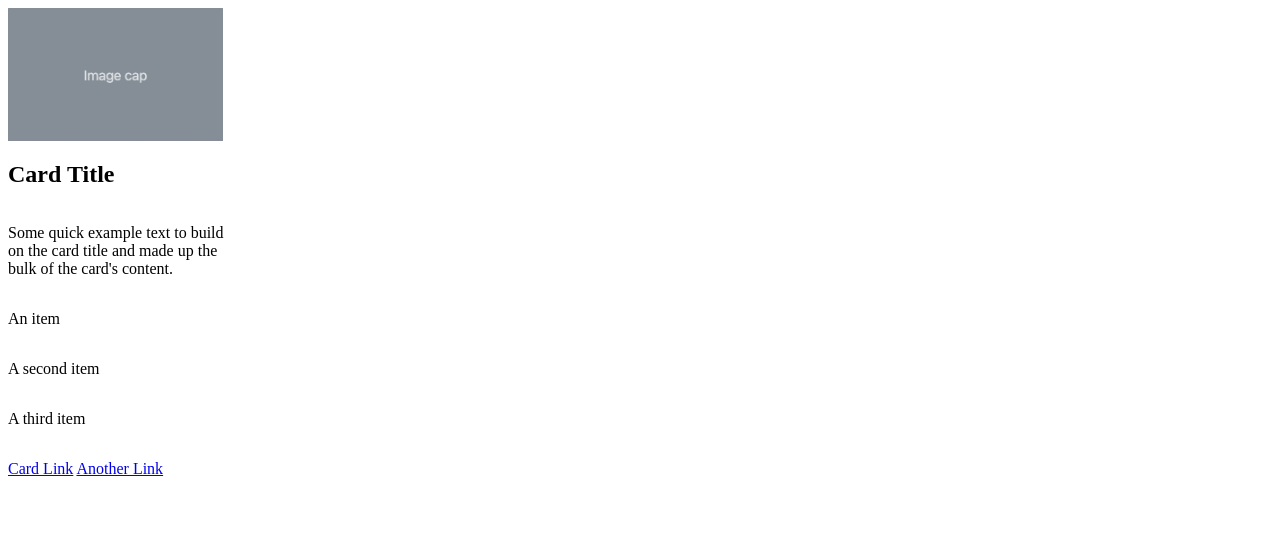
Repository: tr2cky/nav
Page: card.html
The author's editor kept a copy of each file at every save. The page is drawn from the files as they stood at one save, then again after the next save.
The browser window is 1280 px wide. The pictures show the whole page.

Above is the page before, as saved 2022-09-27 16:02:01.

### card.html
<!DOCTYPE html>
<html lang="en">

<head>
    <meta charset="UTF-8">
    <meta http-equiv="X-UA-Compatible" content="IE=edge">
    <meta name="viewport" content="width=device-width, initial-scale=1.0">
    <title>Document</title>
    <link rel="stylesheet" href="style.css">
</head>

<body>
    <article class="container">
        <img src="imagecap.png" width="215" alt="Image Cap">
        <h2>Card Title</h2>
        <p>Some quick example text to build <br>
            on the card title and made up the <br>
            bulk of the card's content.</p>
        <p>An item</p>
        <p>A second item</p>
        <p>A third item</p>
        <p><a href="https://google.com">Card Link</a> <a href="https://twitter.com">Another Link</a></p>
    </article>
</body>

</html>

### style.css
.container {
    display: flex;
    flex-direction: column;
    border: 3px;
}

After the next save:
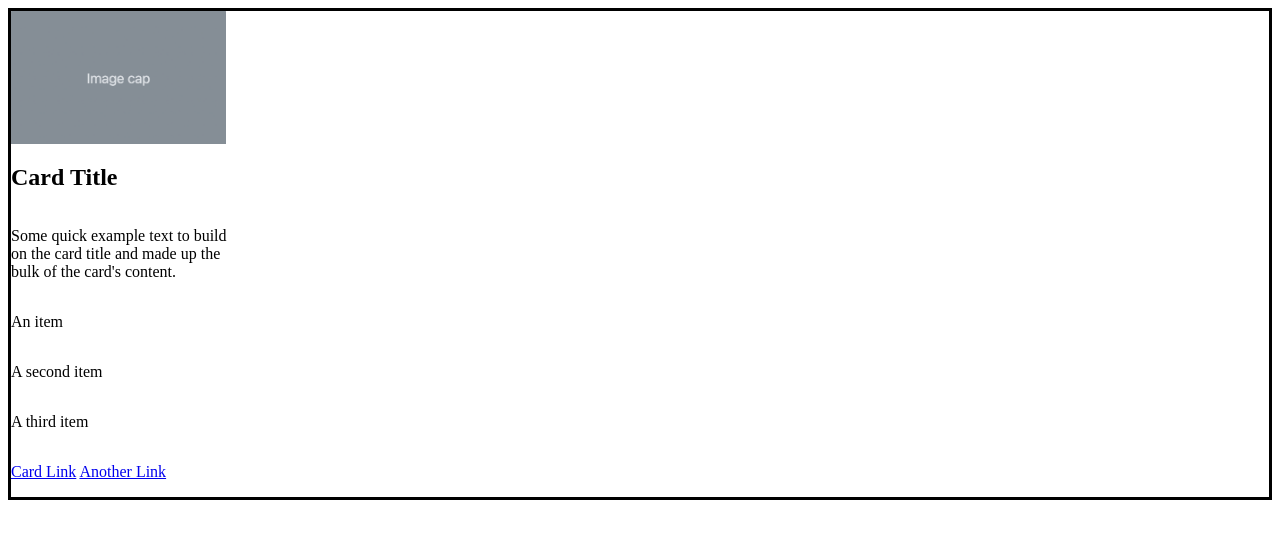
Saved 13 s later.
--- a/style.css
+++ b/style.css
@@ -1,5 +1,6 @@
 .container {
     display: flex;
     flex-direction: column;
-    border: 3px;
+    border: 3px solid black
+    ;
 }
